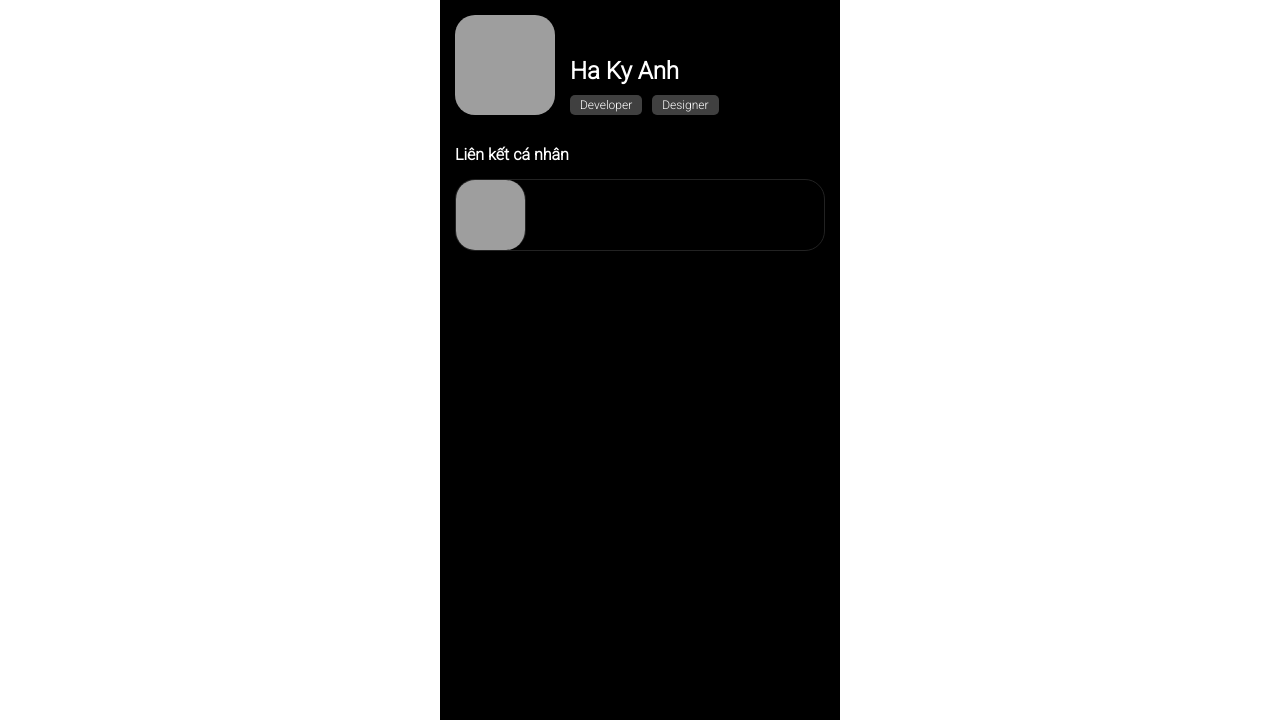
Repository: yzarc204/nguyen-tien-viet-hoang
Page: thong-tin-thanh-toan/index.html
An editor plug-in stored every save of this project. The page is shown before and after the next save, followed by the edit.
The browser window is 1280 px wide. The pictures show the whole page.
Pictures or frames that could not be fetched are drawn as grey boxes.

Above is the page before, as saved 2021-09-27 10:49:12.

### thong-tin-thanh-toan/index.html
<!DOCTYPE html>
<html lang="en">
<head>
    <meta charset="UTF-8">
    <meta http-equiv="X-UA-Compatible" content="IE=edge">
    <meta name="viewport" content="width=device-width, initial-scale=1.0">
    <title>Personal Card</title>
    <!-- Google Fonts -->
    <link rel="preconnect" href="https://fonts.googleapis.com">
    <link rel="preconnect" href="https://fonts.gstatic.com" crossorigin>
    <link href="https://fonts.googleapis.com/css2?family=Roboto:wght@300&display=swap" rel="stylesheet">
    <!-- CSS -->
    <link rel="stylesheet" href="./public/css/index.css">
</head>
<body>
    <div class="container">
        <div class="profile-header">
            <img alt="Avatar"
                src="https://source.unsplash.com/random"
                class="profile-avatar">
            <div class="profile-info">
                <h4 class="profile-name">Ha Ky Anh</h4>
                <div class="skills">
                    <div class="skill-tag">Developer</div>
                    <div class="skill-tag">Designer</div>
                </div>
            </div>
        </div>
        <h4 class="title">Liên kết cá nhân</h4>
        <div class="banks">
            <div class="bank">
                <img src="https://source.unsplash.com/random" class="bank-logo">
                <div class="bank-info">
                    <p class="bank-name">BIDV</p>
                    <p class="bank-number">STK: 666666</p>
                    <p class="bank-name">CTK: Hà Kỳ Anh</p>
                </div>
                <span class="btn-copy">Copy</span>
            </div>
        </div>
    </div>
</body>
</html>

### thong-tin-thanh-toan/public/css/index.css
* {
    padding: 0;
    margin: 0;
    -webkit-box-sizing: border-box;
    font-family: 'Roboto', sans-serif;
}

body {
    width: 100%;
    overflow: hidden;
}

/* ===== CONTAINER ===== */
.container{
    width: 400px;
    height: 100vh;
    margin: 0 auto;
    padding: 15px 15px;
    overflow: hidden scroll;
    background: #000;
    color: #fff;
}
/* ===== PROFILE HEADER ===== */
.profile-header{
    width: 100%;
    display: flex;
    flex-wrap: wrap;
    margin-bottom: 30px;
}
.profile-avatar{
    width: 100px;
    height: 100px;
    object-fit: cover;
    object-position: center;
    border-radius: 20px;
}
.profile-info{
    margin-top: auto;
    padding: 0px 15px;
}
.profile-name{
    margin-bottom: 10px;
    font-size: 24px;
}
.skills{
    display: flex;
    flex-wrap: nowrap;
}
.skill-tag{
    padding: 3px 10px;
    margin-right: 10px;
    color: #fff;
    font-size: 12px;
    position: relative;
    display: none;
}
.skill-tag:before {
    content: "";
    position: absolute;
    top: 0;
    right: 0;
    bottom: 0;
    left: 0;
    background-color: currentColor;
    opacity: 0.25;
    border-radius: 5px;
}
.skill-tag:first-child {
    display: block;
}
.skill-tag:nth-child(2) {
    display: block;
}
/* ===== TITLE ===== */
.title{
    margin-bottom: 15px;
}
/* ===== BANKS ===== */
.banks {
    width: 100%;
    overflow: hidden;
    border: 1px solid #222;
    border-radius: var(--border-rounded);
    --size: 70px;
    --border-rounded: 20px;
}
.bank {
    width: 100%;
    height: 70px;
}
.bank-logo {
    width: var(--size);
    height: var(--size);
    border-right: 1px solid #222;
    border-top-right-radius: var(--border-rounded);
    border-bottom-right-radius: var(--border-rounded);
}
.bank-name{

}
.bank-number{

}
.btn-copy{

}

After the next save:
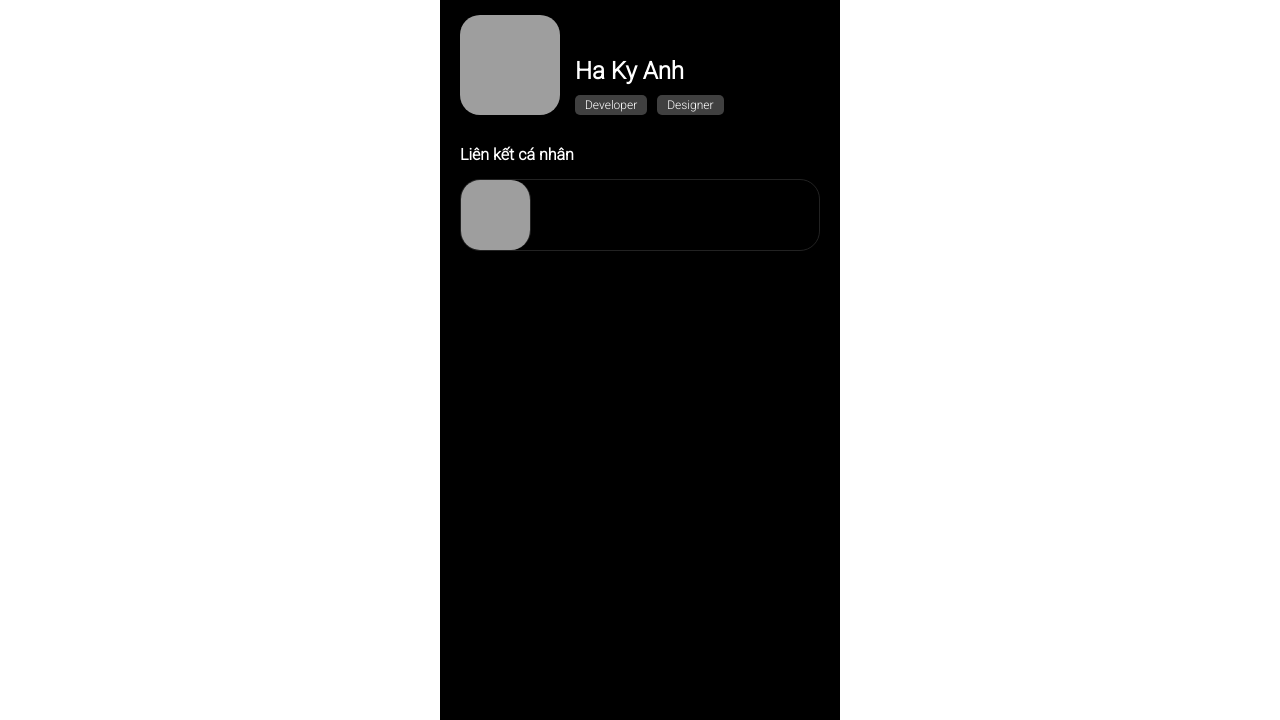
Saved 17 s later.
--- a/thong-tin-thanh-toan/public/css/index.css
+++ b/thong-tin-thanh-toan/public/css/index.css
@@ -15,7 +15,7 @@ body {
     width: 400px;
     height: 100vh;
     margin: 0 auto;
-    padding: 15px 15px;
+    padding: 15px 20px;
     overflow: hidden scroll;
     background: #000;
     color: #fff;
